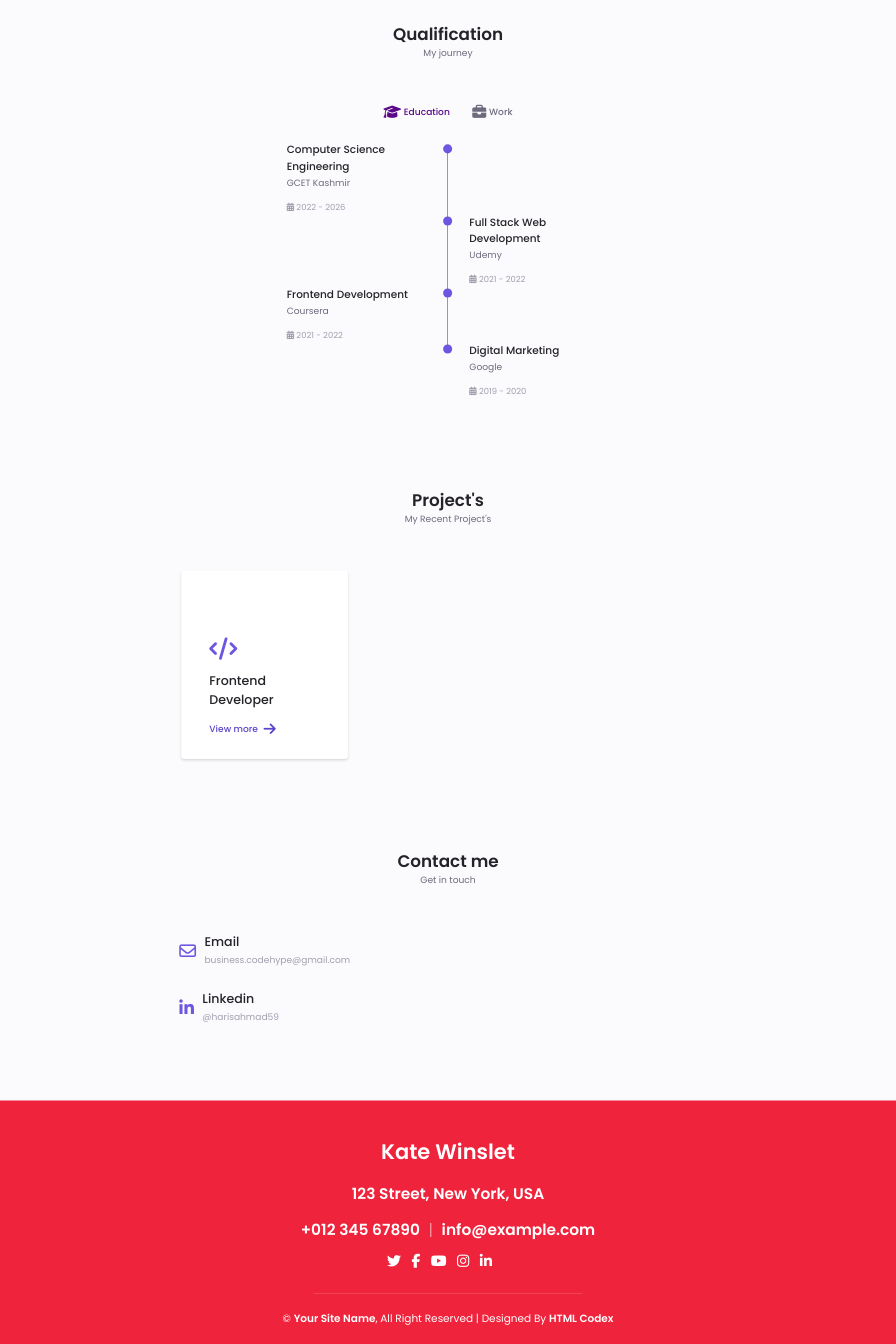
Repository: h4fizm/management-portfolio-project-webapp
Page: http://localhost/
The author's editor kept a copy of each file at every save. The page is drawn from the files as they stood at one save, then again after the next save.
The browser window is 1280 px wide. The pictures show the part of the page from y = 1313 to 3233 px (the page is 3233 px tall before and 2964 px after), at 70% of full size.
Some web libraries are served in a nearby version. The page is served by the project's Laravel application, run on PHP 8.4 with Laravel 12. Other server files are loaded and not shown. Queries for data that is not in the repository find no rows.

Above is the page before, as saved 2025-01-16 22:53:33.
Console error: ReferenceError: Swiper is not defined

### routes/web.php
<?php

use Illuminate\Support\Facades\Route;
use App\Http\Controllers\MainController;
use App\Http\Controllers\AuthController;
use App\Http\Controllers\DashboardController;
use App\Http\Controllers\SkillController;
use App\Http\Controllers\ServiceController;
use App\Http\Controllers\ProfileController;


Route::get('/', [MainController::class, 'showLandingPage']);

Route::get('/login', [AuthController::class, 'showLoginPage'])->name('login.page');
Route::post('/login', [AuthController::class, 'login'])->name('login');

Route::get('/register', [AuthController::class, 'showRegisterPage'])->name('register.page');
Route::post('/register', [AuthController::class, 'register'])->name('register');

Route::post('/logout', [AuthController::class, 'logout'])->name('logout');

Route::middleware('auth')->group(function () {
    // Dashboard Page
    Route::get('/dashboard', [DashboardController::class, 'showMainPage'])->name('dashboard');

    // Manage Skill Page
    Route::get('/manage-skill', [SkillController::class, 'showManageSkillPage'])->name('manage-skill');
    Route::post('/add-skill', [SkillController::class, 'storeSkill'])->name('add-skill');
    Route::delete('/delete-skill/{id}', [SkillController::class, 'deleteSkill'])->name('delete-skill');

    // Manage Service Page
    Route::get('/manage-service', [ServiceController::class, 'showManageServicePage'])->name('manage-service');
    Route::post('/add-service', [ServiceController::class, 'storeService'])->name('add-service');
    Route::delete('/delete-service/{id}', [ServiceController::class, 'deleteService'])->name('delete-service');


    // Profile Pages
    Route::get('/profile/{id?}', [ProfileController::class, 'showProfilePage'])->name('profile.page');
    Route::put('/profile/{id}', [ProfileController::class, 'updateProfile'])->name('profile.update');
    Route::get('/profile/edit/{id}', [ProfileController::class, 'edit'])->name('profile.edit');
    Route::put('/profile/update/{id}', [ProfileController::class, 'update'])->name('profile.update');
    Route::delete('/profile/delete/{id}', [ProfileController::class, 'destroy'])->name('profile.delete');

    // Manage User Page
    Route::get('/manage-user', [ProfileController::class, 'showManageUserPage'])->name('manage-user');
});

### app/Http/Controllers/MainController.php
<?php
namespace App\Http\Controllers;

use App\Models\Skill;
use App\Models\Service;
use Illuminate\Http\Request;

class MainController extends Controller
{
    public function showLandingPage()
    {
        // Ambil semua skill dan service dari database
        $skills = Skill::all();
        $services = Service::all();

        // Kirim data ke view
        return view('LandingPage', compact('skills', 'services'));
    }
}

### app/Models/Skill.php
<?php

namespace App\Models;

use Illuminate\Database\Eloquent\Model;

class Skill extends Model
{
    /**
     * The table associated with the model.
     *
     * @var string
     */
    protected $table = 'skill';

    /**
     * The attributes that are mass assignable.
     *
     * @var array
     */
    protected $fillable = [
        'skill_name',
    ];

    /**
     * The attributes that should be cast to native types.
     *
     * @var array
     */
    protected $casts = [
        'created_at' => 'datetime',
        'updated_at' => 'datetime',
    ];
}

### app/Models/Service.php
<?php

namespace App\Models;

use Illuminate\Database\Eloquent\Model;

class Service extends Model
{
    // Tentukan nama tabel jika tidak sesuai dengan konvensi plural
    protected $table = 'service';

    // Tentukan kolom-kolom yang dapat diisi (mass assignable)
    protected $fillable = [
        'service_name',
    ];

    // Tentukan kolom yang tidak dapat diisi (optional)
    // protected $guarded = ['id'];

    // Tentukan kolom waktu yang secara otomatis dikelola oleh Eloquent
    public $timestamps = true;
}

### resources/views/LandingPage.blade.php
<!DOCTYPE html>
<html lang="en">
  <head>
    <meta charset="UTF-8" />
    <meta name="viewport" content="width=device-width, initial-scale=1.0" />
    <title>My Website</title>
    <link rel="stylesheet" href="{{ asset('LandingPage/Libraries/swiper-bundle.min.css')}}" />
    <link rel="stylesheet" href="{{ asset('LandingPage/Css/style.css')}}" />
  </head>
  <body>
    <!-- header  -->
    <header class="header" id="header">
      <nav class="nav container">
        <a href="#" class="nav-logo">I'm Irfan</a>

        <div class="nav-menu" id="nav-menu">
          <ul class="nav-list grid">
            <li class="nav-item">
              <a href="#home" class="nav-link"
                ><i class="fa-solid fa-house nav-icon"></i> Home</a
              >
            </li>
            <li class="nav-item">
              <a href="#about" class="nav-link"
                ><i class="fa-solid fa-user nav-icon"></i> About</a
              >
            </li>
            <li class="nav-item">
              <a href="#skills" class="nav-link"
                ><i class="fa-solid fa-file nav-icon"></i> Skills</a
              >
            </li>
            <li class="nav-item">
              <a href="#projects" class="nav-link"
                ><i class="fa-solid fa-image nav-icon"></i> Projects</a
              >
            </li>
            <li class="nav-item">
              <a href="#contact" class="nav-link"
                ><i class="fa-solid fa-message nav-icon"></i> Contact</a
              >
            </li>
          </ul>
          <i class="fa-solid fa-xmark nav-close" id="nav-close"></i>
        </div>

        <div class="nav-btns">
          <!-- theme btn  -->
          <i class="fa-regular fa-moon change-theme" id="theme-button"></i>

          <div class="nav-toggle" id="nav-toggle">
            <i class="fa-solid fa-bars"></i>
          </div>
        </div>
      </nav>
    </header>

    <main class="main">
      <!-- home -->
      <section class="home section" id="home">
        <div class="home-container container grid">
          <div class="home-content grid">
            <div class="home-social">
              <a
                href="https://www.linkedin.com/in/harisahmad59/"
                target="_blank"
                class="home-social-icon"
              >
                <i class="fa-brands fa-linkedin-in"></i>
              </a>
              <a
                href="https://www.instagram.com/codehype_/"
                target="_blank"
                class="home-social-icon"
              >
                <i class="fa-brands fa-instagram"></i>
              </a>
              <a
                href="https://github.com/harisahmad59"
                target="_blank"
                class="home-social-icon"
              >
                <i class="fa-brands fa-github"></i>
              </a>
            </div>

            <div class="home-img">
              <svg
                class="home-blob"
                viewBox="0 0 200 187"
                xmlns="http://www.w3.org/2000/svg"
                xmlns:xlink="http://www.w3.org/1999/xlink"
              >
                <mask id="mask0" mask-type="alpha">
                  <path
                    d="M190.312 36.4879C206.582 62.1187 201.309 102.826 182.328 134.186C163.346 165.547
        130.807 187.559 100.226 186.353C69.6454 185.297 41.0228 161.023 21.7403 129.362C2.45775
        97.8511 -7.48481 59.1033 6.67581 34.5279C20.9871 10.1032 59.7028 -0.149132 97.9666
        0.00163737C136.23 0.303176 174.193 10.857 190.312 36.4879Z"
                  />
                </mask>
                <g mask="url(#mask0)">
                  <path
                    d="M190.312 36.4879C206.582 62.1187 201.309 102.826 182.328 134.186C163.346
        165.547 130.807 187.559 100.226 186.353C69.6454 185.297 41.0228 161.023 21.7403
        129.362C2.45775 97.8511 -7.48481 59.1033 6.67581 34.5279C20.9871 10.1032 59.7028
        -0.149132 97.9666 0.00163737C136.23 0.303176 174.193 10.857 190.312 36.4879Z"
                  />
                  <image
                    class="home-blob-img"
                    x="-15"
                    y="-5"
                    href="{{ asset('LandingPage/Assets/Icons/logo1.png')}}"
                  />
                </g>
              </svg>
            </div>

            <div class="home-data">
              <h1 class="home-title">Hi, I am Irfan</h1>
              <h3 class="home-subtitle">Frontend Developer</h3>
              <p class="home-description">
                Passionate frontend developer specializing in pixel-perfect web
                design.
              </p>
            </div>
          </div>
        </div>
      </section>

      <!-- about -->
      <section class="about section" id="about">
        <h2 class="section-title">About Me</h2>
        <span class="section-subtitle">My Introduction</span>

        <div class="about-container container grid">
          <img src="{{ asset('LandingPage/Assets/Icons/aboutimg.png')}}" alt="" class="about-img" />

          <div class="about-data">
            <p class="about-description">
              An accomplished Frontend Developer with a passion for creating
              seamless user experiences. With a solid foundation in HTML, CSS,
              and JavaScript, I specialize in crafting visually captivating and
              intuitively navigable websites.
            </p>

            <div class="about-buttons">
              <a
                download=""
                href="{{ asset('LandingPage/Assets/Resume.pdf')}}"
                class="button button-flex"
              >
                Download Resume<i
                  class="fa-solid fa-file-arrow-down button-icon"
                ></i>
              </a>
            </div>
          </div>
        </div>
      </section>

      {{-- skill --}}
      <section class="skills section" id="skills">
        <h2 class="section-title">Skills</h2>
        <span class="section-subtitle">My Technical Skills</span>
        <div class="skills-content container">
          @foreach($skills as $skill)
            <div class="skills-name">{{ $skill->skill_name }}</div>
          @endforeach
        </div>
      </section>

      <!-- qualification -->
      <section class="qualification section">
        <h2 class="section-title">Qualification</h2>
        <span class="section-subtitle">My journey</span>

        <div class="qualification-container container">
          <div class="qualification-tabs">
            <div
              class="qualification-button button-flex qualification-active"
              data-target="#education"
            >
              <i class="fa-solid fa-graduation-cap qualification-icon"></i>
              Education
            </div>
            <div class="qualification-button button-flex" data-target="#work">
              <i class="fa-solid fa-briefcase qualification-icon"></i>
              Work
            </div>
          </div>

          <div class="qualification-section">
            <div
              class="qualification-content qualification-active"
              data-content
              id="education"
            >
              <!-- qualifi 1 -->
              <div class="qualification-data">
                <div>
                  <h3 class="qualification-title">
                    Computer Science Engineering
                  </h3>
                  <span class="qualification-subtitle">GCET Kashmir</span>
                  <div class="qualification-date">
                    <i class="fa-solid fa-calendar-days"></i>
                    2022 - 2026
                  </div>
                </div>
                <div>
                  <span class="qualification-round"></span>
                  <span class="qualification-line"></span>
                </div>
              </div>

              <!-- qualifi 2 -->

              <div class="qualification-data">
                <div></div>

                <div>
                  <span class="qualification-round"></span>
                  <span class="qualification-line"></span>
                </div>

                <div>
                  <h3 class="qualification-title">
                    Full Stack Web Development
                  </h3>
                  <span class="qualification-subtitle">Udemy</span>
                  <div class="qualification-date">
                    <i class="fa-solid fa-calendar-days"></i>
                    2021 - 2022
                  </div>
                </div>
              </div>

              <!-- qualifi 3 -->

              <div class="qualification-data">
                <div>
                  <h3 class="qualification-title">Frontend Development</h3>
                  <span class="qualification-subtitle">Coursera</span>
                  <div class="qualification-date">
                    <i class="fa-solid fa-calendar-days"></i>
                    2021 - 2022
                  </div>
                </div>
                <div>
                  <span class="qualification-round"></span>
                  <span class="qualification-line"></span>
                </div>
              </div>

              <!-- qualifi 4 -->

              <div class="qualification-data">
                <div></div>
                <div>
                  <span class="qualification-round"></span>
                  <!-- <span class="qualification-line"></span> -->
                </div>
                <div>
                  <h3 class="qualification-title">Digital Marketing</h3>
                  <span class="qualification-subtitle">Google</span>
                  <div class="qualification-date">
                    <i class="fa-solid fa-calendar-days"></i>
                    2019 - 2020
                  </div>
                </div>
              </div>
            </div>

            <!-- qualific content 2  -->
            <div class="qualification-content" data-content id="work">
              <!-- qualifi 1 -->
              <div class="qualification-data">
                <div>
                  <h3 class="qualification-title">Full Stack Developer</h3>
                  <span class="qualification-subtitle">Fiverr</span>
                  <div class="qualification-date">
                    <i class="fa-solid fa-calendar-days"></i>
                    2022 - Present
                  </div>
                </div>
                <div>
                  <span class="qualification-round"></span>
                  <span class="qualification-line"></span>
                </div>
              </div>

              <!-- qualifi 2 -->

              <div class="qualification-data">
                <div></div>

                <div>
                  <span class="qualification-round"></span>
                  <span class="qualification-line"></span>
                </div>

                <div>
                  <h3 class="qualification-title">Ui/Ux Designer</h3>
                  <span class="qualification-subtitle">Freelancer</span>
                  <div class="qualification-date">
                    <i class="fa-solid fa-calendar-days"></i>
                    2022 - Present
                  </div>
                </div>
              </div>

              <!-- qualifi 3 -->

              <div class="qualification-data">
                <div>
                  <h3 class="qualification-title">Content Creator</h3>
                  <span class="qualification-subtitle">YouTube</span>
                  <div class="qualification-date">
                    <i class="fa-solid fa-calendar-days"></i>
                    2019 - Present
                  </div>
                </div>
                <div>
                  <span class="qualification-round"></span>
                  <!-- <span class="qualification-line"></span> -->
                </div>
              </div>
            </div>
          </div>
        </div>
      </section>

      <!-- project's -->
      <section class="services section" id="projects">
        <h2 class="section-title">Project's</h2>
        <span class="section-subtitle">My Recent Project's</span>

        <div class="services-container container grid">
        {{-- service 1 2 3 dst yang ada didatabase  --}}
          <!-- service 1  -->
          <div class="services-content">
            <div>
              <i class="fa-solid fa-code services-icon"></i>

              <h3 class="services-title">
                Frontend <br />
                Developer
              </h3>
            </div>
            <span
              class="button button-flex button-small button-link services-button"
            >
              View more
              <i class="fa-solid fa-arrow-right button-icon"></i>
            </span>

            <div class="services-box">

            </div>
          </div>
          {{-- dan begitupun seterusnya --}}
        </div>
      </section>

      <!-- contact me  -->
      <section class="contact section" id="contact">
        <h2 class="section-title">Contact me</h2>
        <span class="section-subtitle">Get in touch</span>

        <div class="contact-container container grid">
          <div>
            <div class="contact-info">
              <i class="fa-regular fa-envelope contact-icon"></i>
              <div>
                <h3 class="contact-title">Email</h3>
                <a
                  href="mailto:business.codehype@gmail.com"
                  target="_blank"
                  class="contact-subtitle"
                  >business.codehype@gmail.com</a
                >
              </div>
            </div>
            <div class="contact-info">
              <i class="fa-brands fa-linkedin-in contact-icon"></i>
              <div>
                <h3 class="contact-title">Linkedin</h3>
                <a
                  class="contact-subtitle"
                  href="https://www.linkedin.com/in/harisahmad59/"
                  target="_blank"
                  >@harisahmad59</a
                >
              </div>
            </div>
          </div>
        </div>
      </section>

      <!-- Footer Start -->
      <div class="footer wow fadeIn" data-wow-delay="0.3s">
        <div class="container-fluid">
          <div class="container">
            <div class="footer-info">
              <h2>Kate Winslet</h2>
              <h3>123 Street, New York, USA</h3>
              <div class="footer-menu">
                <p>+012 345 67890</p>
                <p>info@example.com</p>
              </div>
              <!-- Icon Social Media -->
              <div class="footer-social">
                <a href="#"><i class="fab fa-twitter"></i></a>
                <a href="#"><i class="fab fa-facebook-f"></i></a>
                <a href="#"><i class="fab fa-youtube"></i></a>
                <a href="#"><i class="fab fa-instagram"></i></a>
                <a href="#"><i class="fab fa-linkedin-in"></i></a>
              </div>
            </div>
          </div>
          <div class="container copyright">
            <p>
              &copy; <a href="#">Your Site Name</a>, All Right Reserved |
              Designed By <a href="https://htmlcodex.com">HTML Codex</a>
            </p>
          </div>
        </div>
      </div>
      <!-- Footer End -->
    </main>

    <a href="#home" class="scrollup" id="scroll-up">
      <i class="fa-solid fa-arrow-up scroll-up-icon"></i>
    </a>
    <script src="{{ asset('LandingPage/Libraries/swiper-bundle.min.js')}}"></script>
    <script
      src="https://kit.fontawesome.com/9b634c15bd.js"
      crossorigin="anonymous"
    ></script>
    <script src="{{ asset('LandingPage/script.js')}}"></script>
  </body>
</html>

Loaded but not shown: app/Http/Controllers/Controller.php (common file); public/LandingPage/script.js (184 lines, source omitted); public/LandingPage/Css/style.css (1430 lines, source omitted)

After the next save:
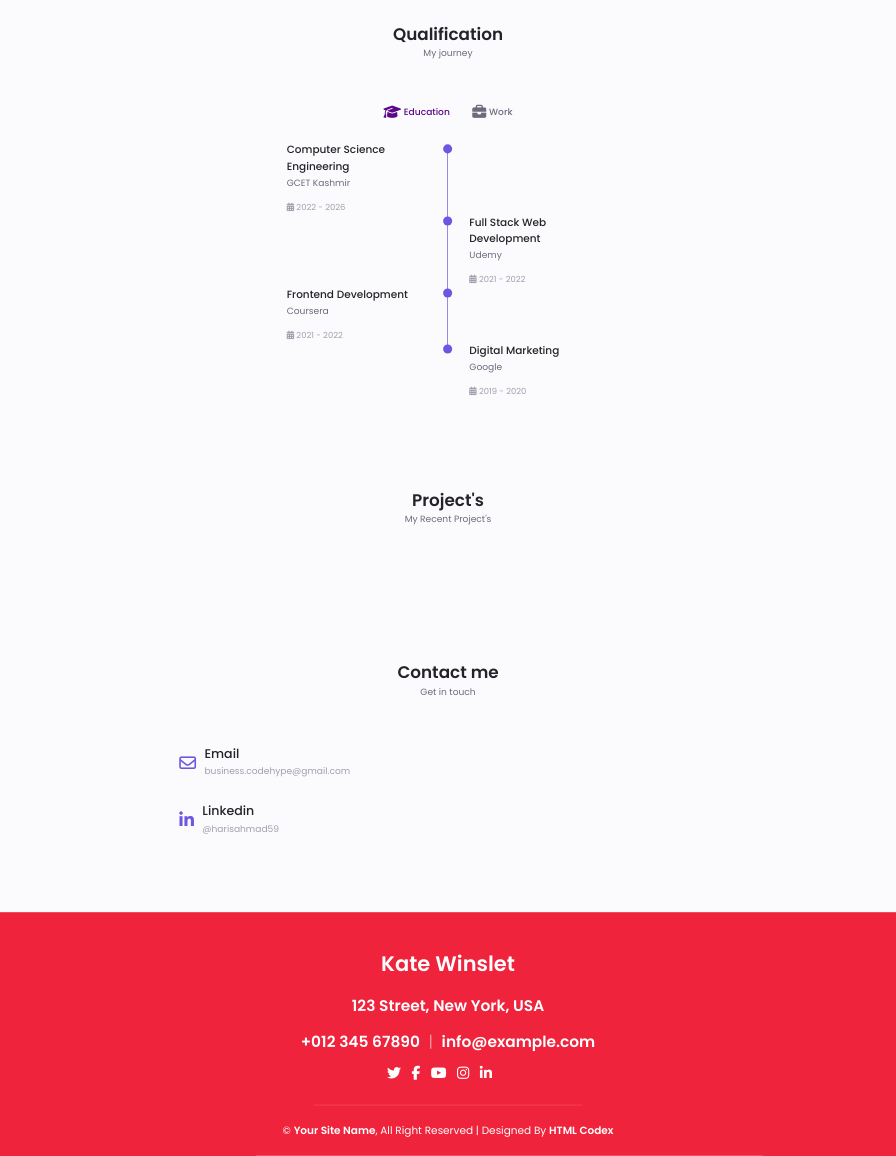
Saved 12 s later.
--- a/resources/views/LandingPage.blade.php
+++ b/resources/views/LandingPage.blade.php
@@ -331,37 +331,37 @@
         </div>
       </section>
 
-      <!-- project's -->
-      <section class="services section" id="projects">
-        <h2 class="section-title">Project's</h2>
-        <span class="section-subtitle">My Recent Project's</span>
-
-        <div class="services-container container grid">
-        {{-- service 1 2 3 dst yang ada didatabase  --}}
-          <!-- service 1  -->
-          <div class="services-content">
-            <div>
-              <i class="fa-solid fa-code services-icon"></i>
-
-              <h3 class="services-title">
-                Frontend <br />
-                Developer
-              </h3>
-            </div>
-            <span
-              class="button button-flex button-small button-link services-button"
-            >
-              View more
-              <i class="fa-solid fa-arrow-right button-icon"></i>
-            </span>
-
-            <div class="services-box">
-
-            </div>
-          </div>
-          {{-- dan begitupun seterusnya --}}
-        </div>
-      </section>
+    <!-- Project's Section -->
+<section class="services section" id="projects">
+  <h2 class="section-title">Project's</h2>
+  <span class="section-subtitle">My Recent Project's</span>
+
+  <div class="services-container container grid">
+    {{-- Loop untuk menampilkan semua data service --}}
+    @foreach($services as $service)
+      <div class="services-content">
+        <div>
+          <i class="fa-solid fa-code services-icon"></i>
+          <h3 class="services-title">
+            {{ $service->service_name }} <br />
+            {{-- Anda bisa menambahkan deskripsi jika ada --}}
+          </h3>
+        </div>
+        <span
+          class="button button-flex button-small button-link services-button"
+        >
+          View more
+          <i class="fa-solid fa-arrow-right button-icon"></i>
+        </span>
+
+        <div class="services-box">
+          {{-- Konten tambahan jika diperlukan --}}
+        </div>
+      </div>
+    @endforeach
+  </div>
+</section>
+
 
       <!-- contact me  -->
       <section class="contact section" id="contact">
